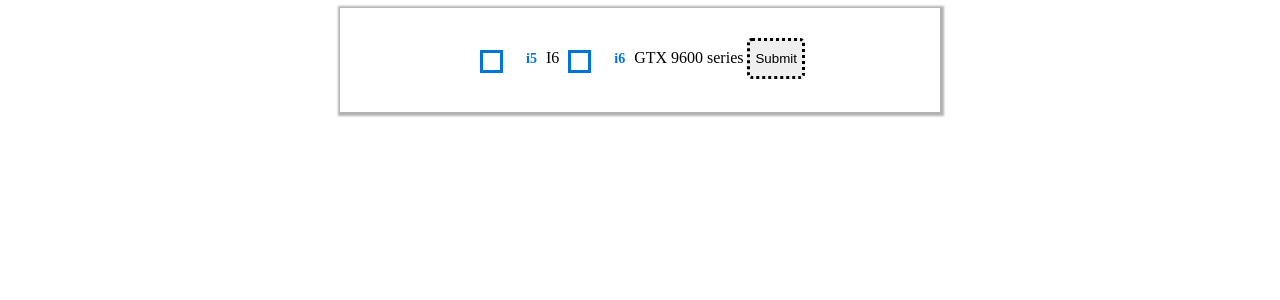
Repository: maxigarrett/2doAnio2doCuatrimestre
Page: http://localhost/primeraWeb1/ManejoSesiones/adicionales.jsp
The author's editor kept a copy of each file at every save. The page is drawn from the files as they stood at one save, then again after the next save.
The browser window is 1280 px wide. The pictures show the whole page.
The page is served by Tomcat 9.

Above is the page before, as saved 2020-11-09 13:15:54.

After the next save:
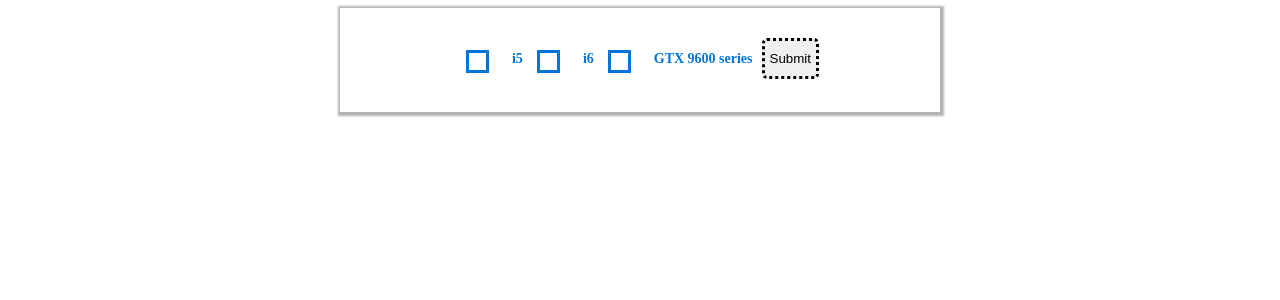
Saved 78 s later.
--- a/tec java eclipse/primeraWeb1/WebContent/ManejoSesiones/adicionales.jsp
+++ b/tec java eclipse/primeraWeb1/WebContent/ManejoSesiones/adicionales.jsp
@@ -14,11 +14,11 @@
 			<input type="checkbox" name="procesadori5" value="i5" id="proci5">
 			<label for="proci5">i5</label>
 
-			<input type="checkbox" name="procesadori6" value="i6">I6
+			<input type="checkbox" name="procesadori6" value="i6" id="proci6">
+			<label for="proci6">i6</label>
 
-			<label for="proc5">i6</label>
-
-			<input type="checkbox" name="gpu" value="GTX 9600 series">GTX 9600 series
+			<input type="checkbox" name="gpu" value="GTX 9600 series" id="gpuu">
+			<label for="gpuu">GTX 9600 series</label>
 
 			<input type="submit">
 
